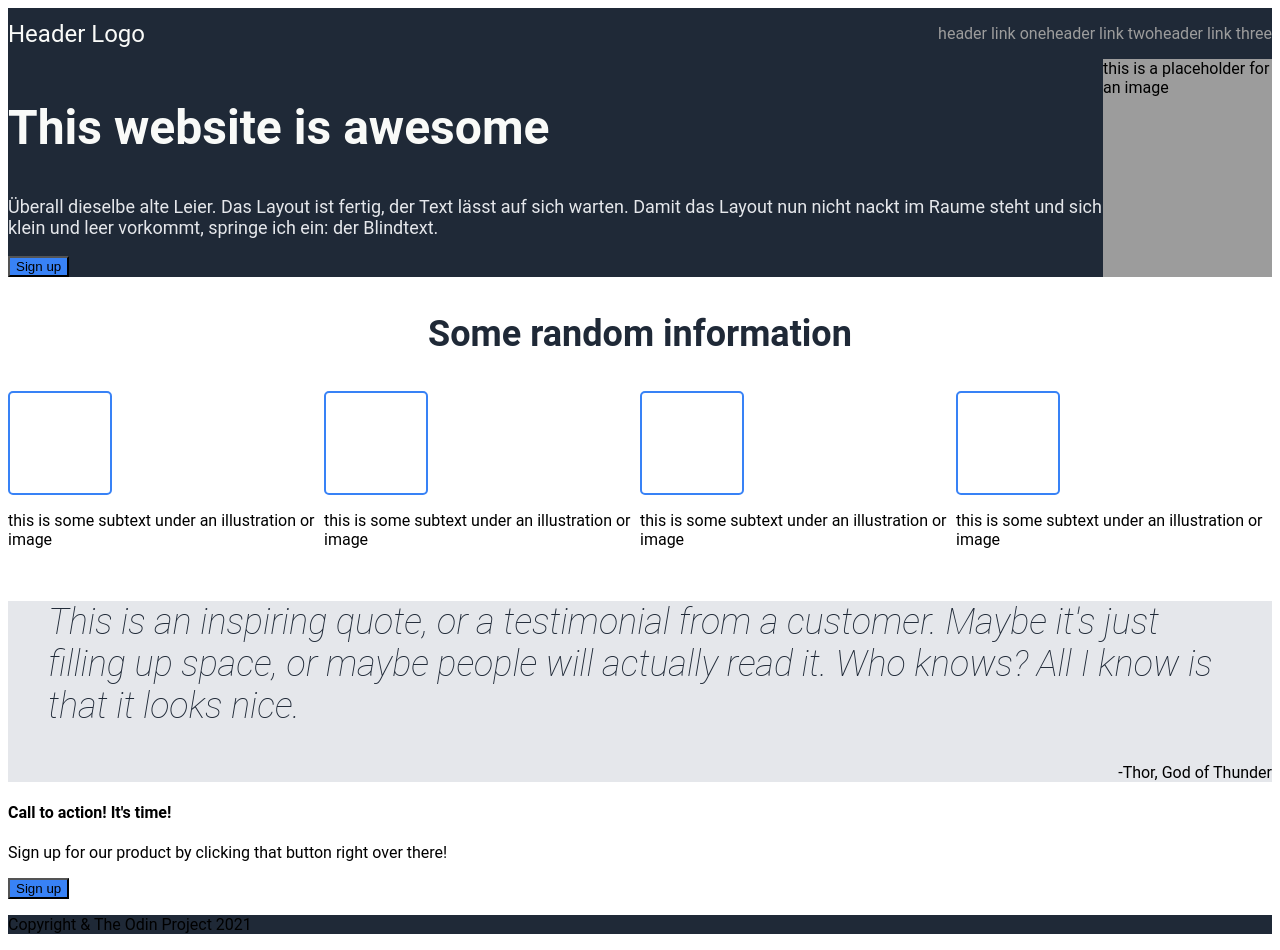
Repository: evemcd/odin_project
Page: odin-project2-landing-page/index.html
The author's editor kept a copy of each file at every save. The page is drawn from the files as they stood at one save, then again after the next save.
The browser window is 1280 px wide. The pictures show the whole page.

Above is the page before, as saved 2022-02-08 09:25:09.

After the next save:
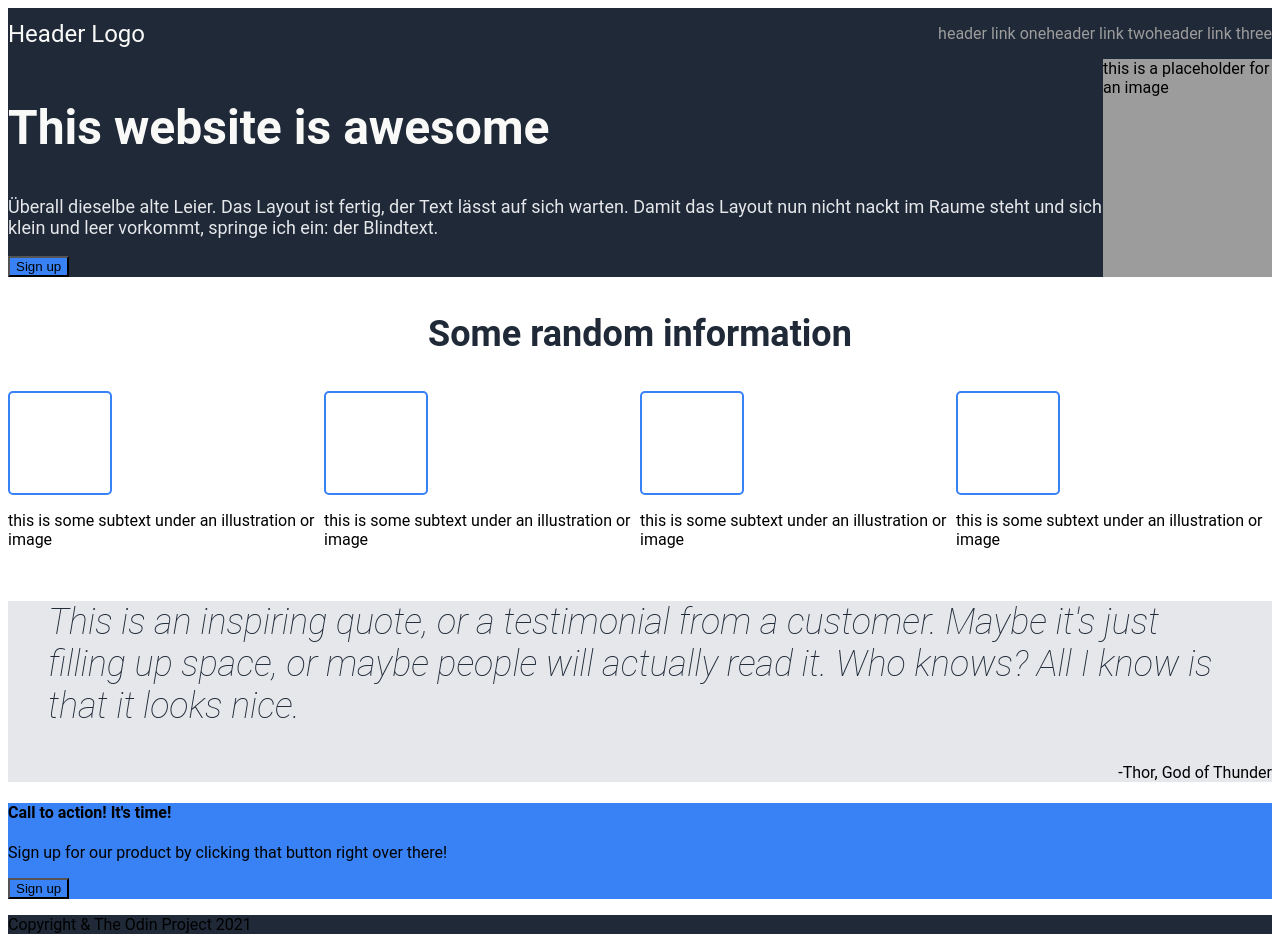
Saved 21 s later.
--- a/odin-project2-landing-page/style.css
+++ b/odin-project2-landing-page/style.css
@@ -91,3 +91,7 @@ blockquote {
 .container3 p {
     text-align: right;
 }
+
+.blueBox {
+    background-color: #3882F6;
+}
